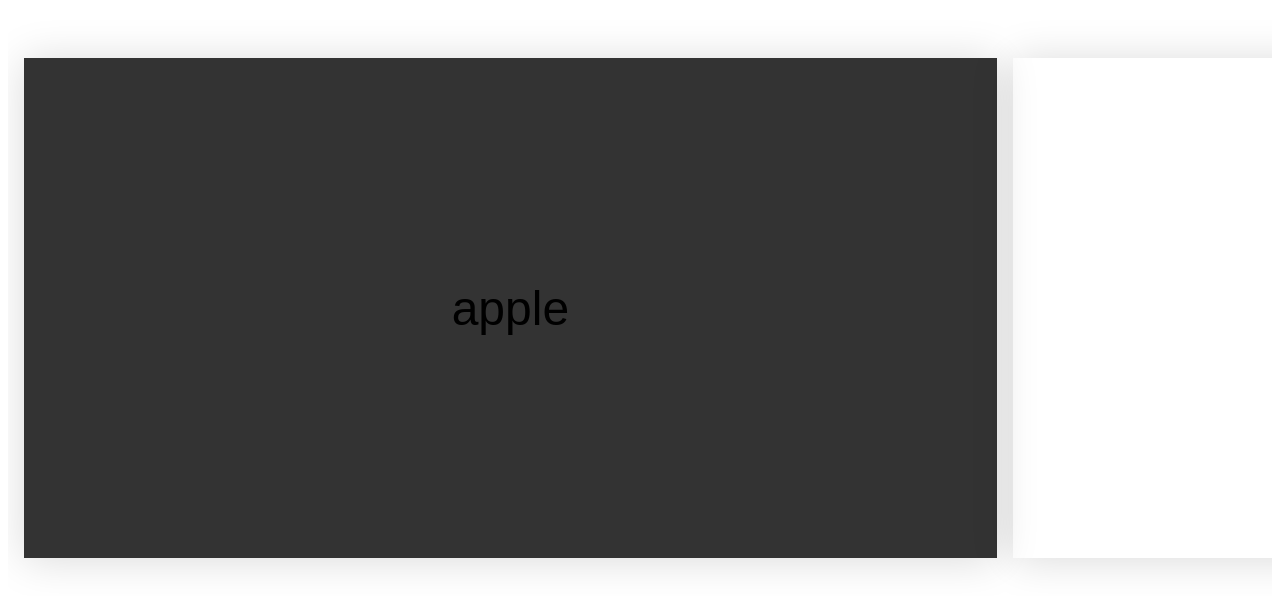
Repository: lzh15378738622/scroll-snap
Page: index.html
The author's editor kept a copy of each file at every save. The page is drawn from the files as they stood at one save, then again after the next save.
The browser window is 1280 px wide. The pictures show the whole page.

Above is the page before, as saved 2022-02-26 23:19:34.

### index.html
<!--
 * @Date: 2022-02-26 11:43:45
 * @LastEditors: lzh886
 * 简单的滚动还在用swiper?
 * @LastEditTime: 2022-02-26 23:15:52
 * @FilePath: /scroll-snap/index.html
-->
<!DOCTYPE html>
<html lang="en">
  <head>
    <meta charset="UTF-8" />
    <meta http-equiv="X-UA-Compatible" content="IE=edge" />
    <meta name="viewport" content="width=device-width, initial-scale=1.0" />
    <title>Document</title>
    <link rel="stylesheet" href="./style.css" />
    <style></style>
  </head>

  <body>
    <main>
      <div>apple</div>
      <div>banana</div>
      <div>pear</div>
      <div>orange</div>
      <div>papa</div>
    </main>
  </body>
</html>

### style.css
@import url(https://fonts.googleapis.com/css?family=Source+Sans+Pro:300,400,600,700,300italic,400italic,600italic);
      body {
        font-family: "Merriweather Sans", sans-serif;
      }
      main {
        display: grid;
        grid-template-columns: repeat(5, 1fr);
        overflow-x: auto;
        padding-block: 38px;
        padding-inline: 1rem;
        margin-block: 20px;
        gap: 1rem;
        scroll-snap-type: x mandatory;
      }
      div {
        width: 76vw;
        height: 500px;
        box-shadow: 0 2px 40px rgba(0, 0, 0, 0.15);
        scroll-behavior: smooth;
        scroll-snap-align: center;
        scroll-snap-stop: always;
        display: flex;
        justify-content: center;
        align-items: center;
        font-size: 3rem;
      }
      div:first-child{
        background-color: #333;
      }

After the next save:
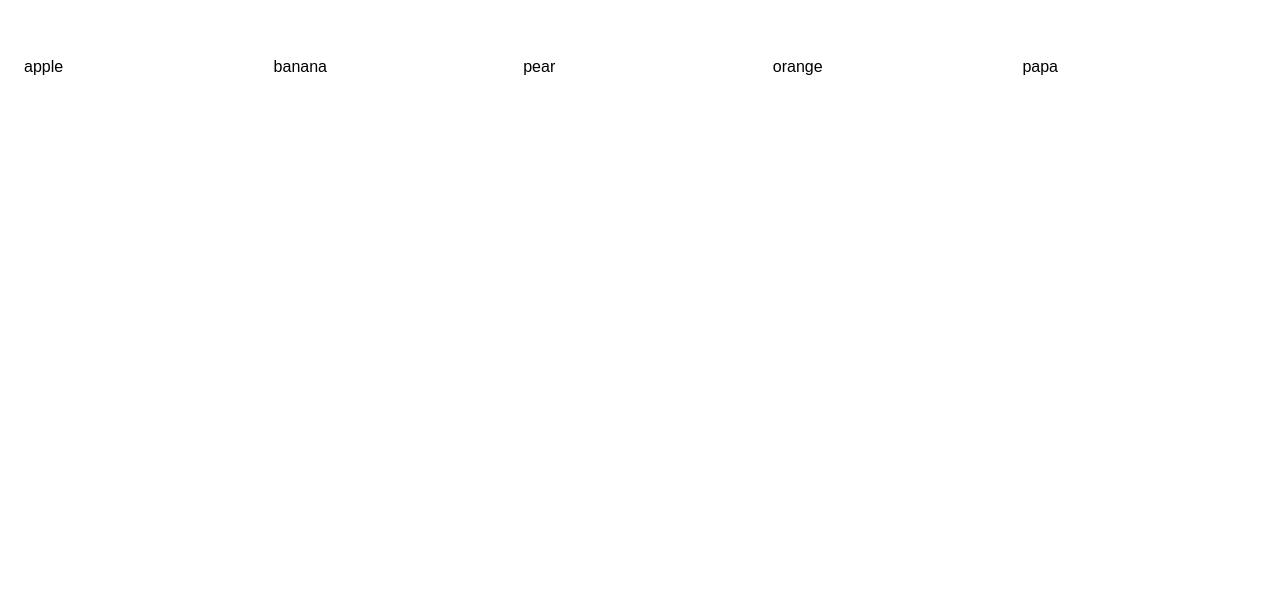
Saved 76 s later.
--- a/index.html
+++ b/index.html
@@ -2,7 +2,7 @@
  * @Date: 2022-02-26 11:43:45
  * @LastEditors: lzh886
  * 简单的滚动还在用swiper?
- * @LastEditTime: 2022-02-26 23:15:52
+ * @LastEditTime: 2022-02-26 23:20:50
  * @FilePath: /scroll-snap/index.html
 -->
 <!DOCTYPE html>
@@ -18,11 +18,11 @@
 
   <body>
     <main>
-      <div>apple</div>
-      <div>banana</div>
-      <div>pear</div>
-      <div>orange</div>
-      <div>papa</div>
+      <section class="">apple</section>
+      <section>banana</section>
+      <section>pear</section>
+      <section>orange</section>
+      <section>papa</section>
     </main>
   </body>
 </html>

After the 2 saves that followed:
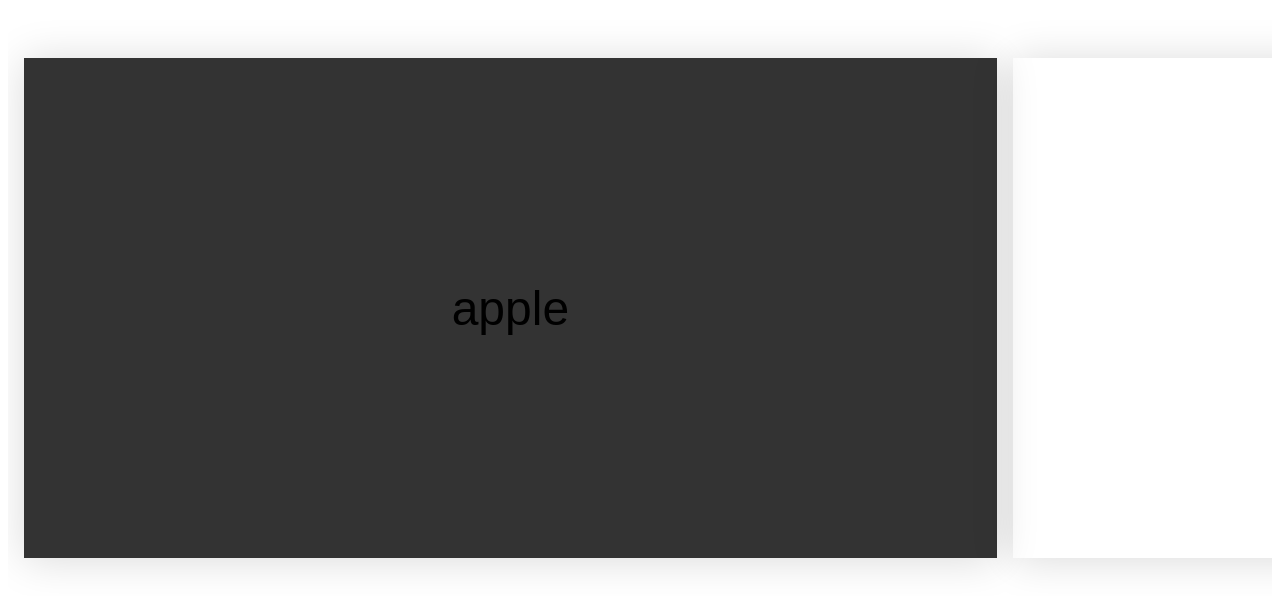
The 2 saves are shown as one change because 1 left the picture as it was.
The last was saved 18 s later.
--- a/index.html
+++ b/index.html
@@ -18,7 +18,7 @@
 
   <body>
     <main>
-      <section class="">apple</section>
+      <section class="first">apple</section>
       <section>banana</section>
       <section>pear</section>
       <section>orange</section>
--- a/style.css
+++ b/style.css
@@ -12,7 +12,7 @@
         gap: 1rem;
         scroll-snap-type: x mandatory;
       }
-      div {
+      section {
         width: 76vw;
         height: 500px;
         box-shadow: 0 2px 40px rgba(0, 0, 0, 0.15);
@@ -24,6 +24,6 @@
         align-items: center;
         font-size: 3rem;
       }
-      div:first-child{
+      section:first-child{
         background-color: #333;
       }
